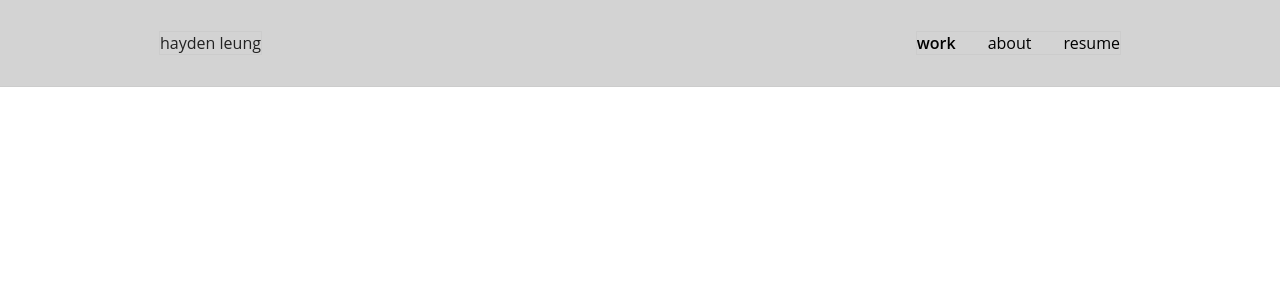
Repository: Haydenleung/Artifact
Page: /
These files come from the project's save history. The page is drawn as it stood at one moment and after the next save; the edit follows.
The browser window is 1280 px wide. The pictures show the whole page.
The project was rebuilt for these pictures with package versions that can differ from the ones it lists, and the page was loaded fresh each time. The framework's server and built-in components were replaced by stand-ins that run in the browser. Also part of the build but not shown: next.config.mjs.

Above is the page before, as saved 2024-01-26 23:50:38.

### src/pages/index.tsx
import Image from "next/image";
import Navbar from "@/components/Navbar";

export default function Home() {
  return (
    <main className={"page"}>
      <Navbar />

    </main>
  )
}

### src/styles/globals.css
/* ==========================================================================
    [Table of contents]

    1. BASE
        1.1 Page Rendering Defaults
        1.2 Core Styling
        1.3 Typography
    2. LAYOUT
        2.1 Core Layout
        2.2 Small only
        2.3 medium and up
        2.4 Medium only
        2.5 large screens and up
    3. UTILITY classes
    4. PRINT

    ========================================================================== */

/* ==========================================================================
   BASE
   ========================================================================== */

/* 1.1 Page Rendering Defaults */

html {
  color: #222;
  font-size: 1em;
}

::-moz-selection {
  background: #b3d4fc;
  text-shadow: none;
}

::selection {
  background: #b3d4fc;
  text-shadow: none;
}

audio,
canvas,
iframe,
i,
img,
svg,
video {
  vertical-align: middle;
}

fieldset {
  border: 0;
  margin: 0;
  padding: 0;
}

textarea {
  resize: vertical;
}

/* 1.2 Core Styling */

/* refer to https://css-tricks.com/box-sizing/ */

*,
*:before,
*:after {
  box-sizing: border-box;
}

img {
  width: 100%;
}

/* 1.3 Typgraphy */

@import url('https://fonts.googleapis.com/css2?family=Open+Sans:ital,wght@0,300;0,400;0,500;0,600;0,700;0,800;1,300;1,400;1,500;1,600;1,700;1,800&display=swap');

h1,
h2,
h3,
h4,
h5,
h6 {
  font-weight: 400;
  text-align: center;
  margin: 0;
}

h1 {
  font-size: 24pt;
  font-weight: 200;
}

h2 {
  font-size: 16pt;
}

h4 {
  font-size: 9pt;
}

h5 {
  font-size: 8pt;
}

* {
  font-family: 'Open Sans', sans-serif;
}


/* ==========================================================================
 2. LAYOUT
 ========================================================================== */

/* Helper to display empty layout containers*/

div,
main,
section,
footer,
header {
  outline: 1px solid #ccc;
}

body {
  padding: 0;
  margin: 0;
}

/* 2.1 Core layout */

.row {
  display: grid;
  row-gap: 1rem;
}

.col {
  position: relative;
}

.page {
  display: flex;
  flex-direction: column;
  justify-content: center;
  align-items: center;
}


/* Navbar */

/* 2.2 Small only */

@media screen and (max-width: 39.9375em) {}

/* 2.3 medium and up */

@media screen and (min-width: 40em) {}

/* 2.4 Medium only */

@media screen and (min-width: 40em) and (max-width: 63.9375em) {}

/* 2.5 large screens and up 2.6 Large only */

/* @media screen and (min-width: 64em) {

} */

### src/components/Navbar/index.tsx
import styles from './navbar.module.css'
import Image from 'next/image'
import Link from 'next/link'
import { useState } from 'react'

export default function Navbar() {

    const [isPage, setIsPage] = useState("Work");

    return (
        <div className={styles.container}>
            <div className={styles.logo}>hayden leung</div>
            <div className={styles.pages}>
                <Link href="/" className={isPage === "Work" ? styles.bold : styles.normal}>work</Link>
                <Link href="/" className={isPage === "about" ? styles.bold : styles.normal}>about</Link>
                <Link href="/" className={isPage === "resume" ? styles.bold : styles.normal}>resume</Link>
            </div>
        </div>
    )
}

### src/components/Navbar/navbar.module.css
.container {
    background-color: lightgrey;
    padding: 0.5rem;
    width: 100%;
    padding: 2rem 10rem;
    display: flex;
    flex-direction: row;
    justify-content: space-between;
    position: sticky;
    min-height: 44px;
}

.logo {}

.pages {
    display: flex;
    flex-direction: row;
    gap: 2rem;
}

.bold {
    font-weight: 600;
    color: black;
    text-decoration: none;
}

.normal {
    color: black;
    text-decoration: none;
}

Loaded but not shown: src/pages/_app.tsx (common file); src/pages/_document.tsx (common file); src/pages/api/hello.ts (common file)

After the next save:
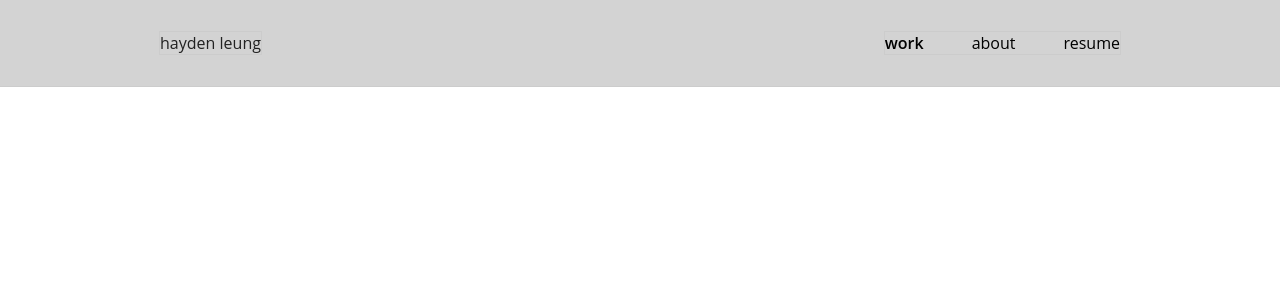
Saved 10 s later.
--- a/src/components/Navbar/navbar.module.css
+++ b/src/components/Navbar/navbar.module.css
@@ -15,7 +15,7 @@
 .pages {
     display: flex;
     flex-direction: row;
-    gap: 2rem;
+    gap: 3rem;
 }
 
 .bold {
